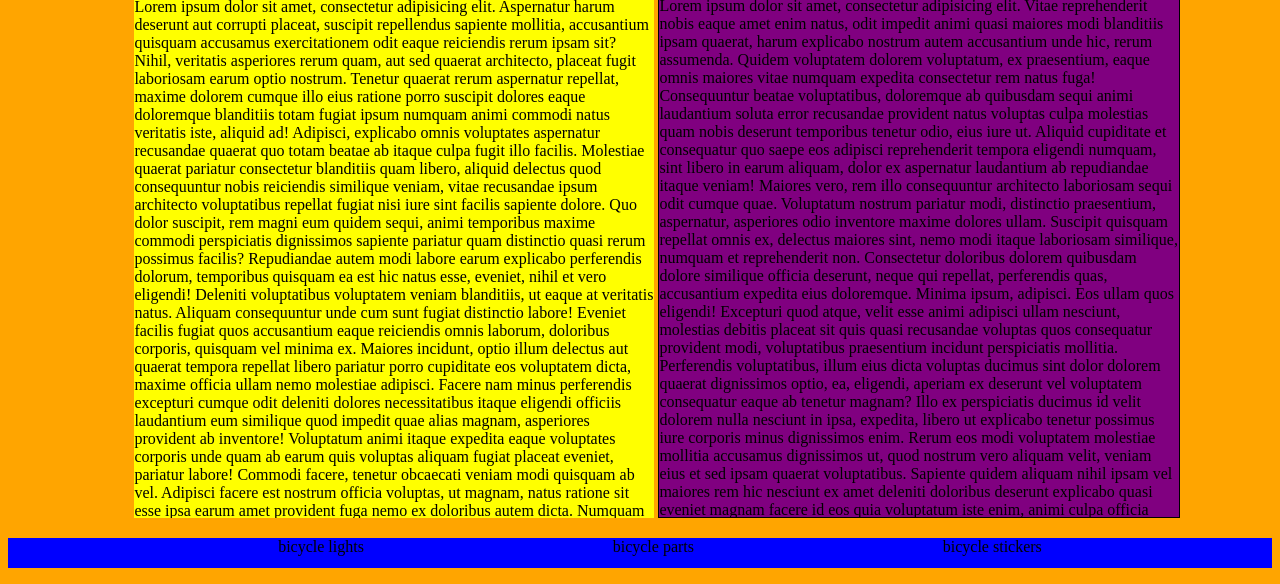
Repository: Danieldev28/Responsive-Web
Page: index.html
The author's editor kept a record of every edit. The page is drawn from the files as they stood at one moment, then again after the next edit.
The browser window is 1280 px wide. The pictures show the part of the page from y = 502 to 1086 px (the page is 1086 px tall).
A picture or video elsewhere on the page could not be fetched, so the positions and the page height are approximate. An inner scrolling area shows only its first screen.

Above is the page before.

### index.html
<!DOCTYPE html>
<html lang="en">
<head>
    <meta charset="UTF-8">
    <meta name="viewport" content="width=device-width, initial-scale=1.0">
    <meta http-equiv="X-UA-Compatible" content="ie=edge">
    <title>Document</title>
    <link rel="stylesheet"href="style.css"type="text/css">
</head>
<body>
    <nav>
   <ul>
       <li>Red bicycle</li>
       <li>Blue bicycle</li>
       <li>Green bicycle</li>
   </ul>
    </nav>
    <!--Introduction-->
    <header>
        <div class="content-wrap">
         <p>This is some text that will go inside. I hope that you have heard of
         <a href="https://www.blogto.com/sports_play/2015/04/the_top_25_bike_stores_in_toronto_by_neighbourhood/"target="_blank">List of bikes shops in Toronto</a></p>
         <img src="http://ridenicebike.com/site/wp-content/uploads/2017/09/DSC_1904-555x370.jpg" alt="This page is about bicycles" class="col-narrow">
             <div class="col-wide">
        <h1> This is the title of my page</h1>
        <h2> this is some more descripton</h2>
        <p>fasdfdsagfahfhgdshdfhfdhfdshafgagfasg paragraph.</p>
        </div>
    </div>
    </header>
    <!--main content-->
    <section class="category">
        <div class="content-wrap">
        <div id="borderbox1">Lorem ipsum dolor sit amet, consectetur adipisicing elit. Aspernatur harum deserunt aut corrupti placeat, suscipit repellendus sapiente mollitia, accusantium quisquam accusamus exercitationem odit eaque reiciendis rerum ipsam sit? Nihil, veritatis asperiores rerum quam, aut sed quaerat architecto, placeat fugit laboriosam earum optio nostrum. Tenetur quaerat rerum aspernatur repellat, maxime dolorem cumque illo eius ratione porro suscipit dolores eaque doloremque blanditiis totam fugiat ipsum numquam animi commodi natus veritatis iste, aliquid ad! Adipisci, explicabo omnis voluptates aspernatur recusandae quaerat quo totam beatae ab itaque culpa fugit illo facilis. Molestiae quaerat pariatur consectetur blanditiis quam libero, aliquid delectus quod consequuntur nobis reiciendis similique veniam, vitae recusandae ipsum architecto voluptatibus repellat fugiat nisi iure sint facilis sapiente dolore. Quo dolor suscipit, rem magni eum quidem sequi, animi temporibus maxime commodi perspiciatis dignissimos sapiente pariatur quam distinctio quasi rerum possimus facilis? Repudiandae autem modi labore earum explicabo perferendis dolorum, temporibus quisquam ea est hic natus esse, eveniet, nihil et vero eligendi! Deleniti voluptatibus voluptatem veniam blanditiis, ut eaque at veritatis natus. Aliquam consequuntur unde cum sunt fugiat distinctio labore! Eveniet facilis fugiat quos accusantium eaque reiciendis omnis laborum, doloribus corporis, quisquam vel minima ex. Maiores incidunt, optio illum delectus aut quaerat tempora repellat libero pariatur porro cupiditate eos voluptatem dicta, maxime officia ullam nemo molestiae adipisci. Facere nam minus perferendis excepturi cumque odit deleniti dolores necessitatibus itaque eligendi officiis laudantium eum similique quod impedit quae alias magnam, asperiores provident ab inventore! Voluptatum animi itaque expedita eaque voluptates corporis unde quam ab earum quis voluptas aliquam fugiat placeat eveniet, pariatur labore! Commodi facere, tenetur obcaecati veniam modi quisquam ab vel. Adipisci facere est nostrum officia voluptas, ut magnam, natus ratione sit esse ipsa earum amet provident fuga nemo ex doloribus autem dicta. Numquam eos quam, perferendis facilis voluptatem laboriosam veniam aut dicta sapiente, repellat id. Nulla, libero recusandae est exercitationem quasi nam qui, delectus hic ducimus eius perferendis earum aliquid distinctio beatae ipsa odio. Sint earum aspernatur, amet atque in assumenda! Dolorum iste, pariatur quo omnis. Quidem eveniet voluptatum enim dicta voluptatibus delectus numquam, fuga ipsa eos, dolorem mollitia quos iure nihil, maxime quas accusamus similique! Reprehenderit quod doloribus excepturi ex error tempora sed dolorem nulla vitae! Architecto quis, officiis debitis. Voluptatum fugiat fuga, temporibus repudiandae vero minus excepturi optio incidunt, culpa hic harum, ratione ipsam in rerum delectus quos soluta maxime commodi laborum non illum neque aliquid nihil deleniti. Ut ea, porro eum corporis odit maxime provident nulla asperiores deserunt autem sunt, sequi, praesentium neque architecto officia explicabo, sed? Sint tempore tempora quos rem saepe! Quo quod tenetur asperiores, et, cumque vel rem natus reiciendis, sunt voluptatem numquam error quos dolor reprehenderit nisi nesciunt iure, pariatur. Culpa id facere sit ab quibusdam repellat ducimus reiciendis, ad atque cum dolorem sed enim accusantium nobis qui ea, ut facilis quidem voluptatibus minima eos beatae nemo blanditiis aliquam! Doloribus quo accusantium omnis necessitatibus rerum sunt, rem id consequuntur quidem facere facilis quis dolores, asperiores ab modi, velit commodi eaque sint et? Amet possimus iste quam recusandae rem.</div>
        <div id="borderbox2">Lorem ipsum dolor sit amet, consectetur adipisicing elit. Vitae reprehenderit nobis eaque amet enim natus, odit impedit animi quasi maiores modi blanditiis ipsam quaerat, harum explicabo nostrum autem accusantium unde hic, rerum assumenda. Quidem voluptatem dolorem voluptatum, ex praesentium, eaque omnis maiores vitae numquam expedita consectetur rem natus fuga! Consequuntur beatae voluptatibus, doloremque ab quibusdam sequi animi laudantium soluta error recusandae provident natus voluptas culpa molestias quam nobis deserunt temporibus tenetur odio, eius iure ut. Aliquid cupiditate et consequatur quo saepe eos adipisci reprehenderit tempora eligendi numquam, sint libero in earum aliquam, dolor ex aspernatur laudantium ab repudiandae itaque veniam! Maiores vero, rem illo consequuntur architecto laboriosam sequi odit cumque quae. Voluptatum nostrum pariatur modi, distinctio praesentium, aspernatur, asperiores odio inventore maxime dolores ullam. Suscipit quisquam repellat omnis ex, delectus maiores sint, nemo modi itaque laboriosam similique, numquam et reprehenderit non. Consectetur doloribus dolorem quibusdam dolore similique officia deserunt, neque qui repellat, perferendis quas, accusantium expedita eius doloremque. Minima ipsum, adipisci. Eos ullam quos eligendi! Excepturi quod atque, velit esse animi adipisci ullam nesciunt, molestias debitis placeat sit quis quasi recusandae voluptas quos consequatur provident modi, voluptatibus praesentium incidunt perspiciatis mollitia. Perferendis voluptatibus, illum eius dicta voluptas ducimus sint dolor dolorem quaerat dignissimos optio, ea, eligendi, aperiam ex deserunt vel voluptatem consequatur eaque ab tenetur magnam? Illo ex perspiciatis ducimus id velit dolorem nulla nesciunt in ipsa, expedita, libero ut explicabo tenetur possimus iure corporis minus dignissimos enim. Rerum eos modi voluptatem molestiae mollitia accusamus dignissimos ut, quod nostrum vero aliquam velit, veniam eius et sed ipsam quaerat voluptatibus. Sapiente quidem aliquam nihil ipsam vel maiores rem hic nesciunt ex amet deleniti doloribus deserunt explicabo quasi eveniet magnam facere id eos quia voluptatum iste enim, animi culpa officia ipsa! Praesentium id fugit perspiciatis provident quam neque architecto officiis consequatur ipsum doloremque ipsa quibusdam aliquam adipisci, consequuntur excepturi quia sed nesciunt incidunt deserunt ipsam, vitae laboriosam non deleniti quis saepe! Eius libero expedita ea vel consectetur corrupti illo iure assumenda. Delectus architecto totam ipsa aliquid ex facere corrupti itaque perferendis aperiam obcaecati expedita repellat, adipisci amet temporibus odio quo alias. Vitae aperiam neque, ad animi at amet repellendus nam pariatur minus placeat sapiente modi id quidem quam voluptatum sed tempora ea omnis quis reiciendis perspiciatis! Voluptatum in, exercitationem qui eligendi ullam mollitia omnis magni perspiciatis praesentium voluptates hic voluptate cupiditate possimus incidunt aliquid unde recusandae, ut, sunt a facilis. Eligendi earum doloremque autem aperiam dolorem quo, similique quis quia, quos tempora officia. Dolorum iste cumque asperiores, repellat fugit ad ducimus, corporis quod, eos dicta laborum aperiam. Repudiandae eaque, voluptatem consectetur dolorem voluptas magni animi nihil asperiores, totam quam! Veniam eligendi reiciendis, repellat blanditiis rem error natus similique illum. Voluptate architecto doloremque delectus dignissimos iste reiciendis aut vel perferendis est. Voluptatum nemo, aliquid quidem commodi libero corporis distinctio sunt, officia, similique natus rem error est itaque nam fugit placeat voluptas laborum. Modi quidem dolor laborum voluptatem cum? Odit a sint dolores dolor, quaerat animi consequatur mollitia, impedit, expedita nisi, eveniet cumque nihil.</div>
    </section>

    <!--end of my page-->
    <footer>
     <div class="footer">
     <nav>
   <ul>
       <li>bicycle lights</li>
       <li>bicycle parts</li>
       <li>bicycle stickers</li>
   </ul>
    </nav>
    </div>
    </footer>
       <!--
    <p>This is some text that will go inside. I hope that you have heard of
       <a href="https://www.blogto.com/sports_play/2015/04/the_top_25_bike_stores_in_toronto_by_neighbourhood/"target="_blank">List of bikes shops in Toronto</a></p>

            <h2>bicycle one</h2>
            <aricle>
                <p>dsflds;hafldsklfdhfds</p>
            <div class="card">
            <a href="http://ridenicebike.com/site/">
            <img src="http://ridenicebike.com/site/wp-content/uploads/2017/09/DSC_1904-555x370.jpg"></a>
            <h2>My 1st Nice Bike</h2>
            </div>
            </article>
           <h2>bicycle two</h2>
            <div class="card">
            <a href="http://ridenicebike.com/site/">
            <img src="http://blog.fairwheelbikes.com/wp-content/uploads/2017/10/Parlee_Altum_1_SM.jpg"></a>
            <h2>My second Bicycle/h2>
-->
    </body>
</html>

### style.css
nav ul {
 list-style:none;
 background-color:red;
 text-align:center;
 width 30px;
 height:30px;
}
nav li {
 display:inline-block;
 margin-left: 10%;
 margin-right:10%;


}

.col-narrow {
 width:25%;
 height:25%;

}
h1 {
 text-align: center;
 text-decoration:underline;
 letter-spacing:5px;
 text-transform: Capitalize;
 font-style:italic;
 text-shadow: 5px 10px 0px #777;
}
footer nav ul{
 background-color:blue;
 margin:none;


}
body {
 background-color: orange;

}
#borderbox1 {
 width: 520px;
 height: 520px;
 display:inline-block;
 margin-left:10%;
 background-color:maroon;
 overflow:scroll;

}

#borderbox2 {
 width: 520px;
 height: 520px;
 border:1px solid black;
 display:inline-block;
 margin-right:2.5%;
 background-color: green;
 overflow:scroll;

}
@media(min-width:700px){
 #borderbox1 {
  background-color:yellow;

}
#borderbox2{
 background-color: purple;
}
}

After the next edit:
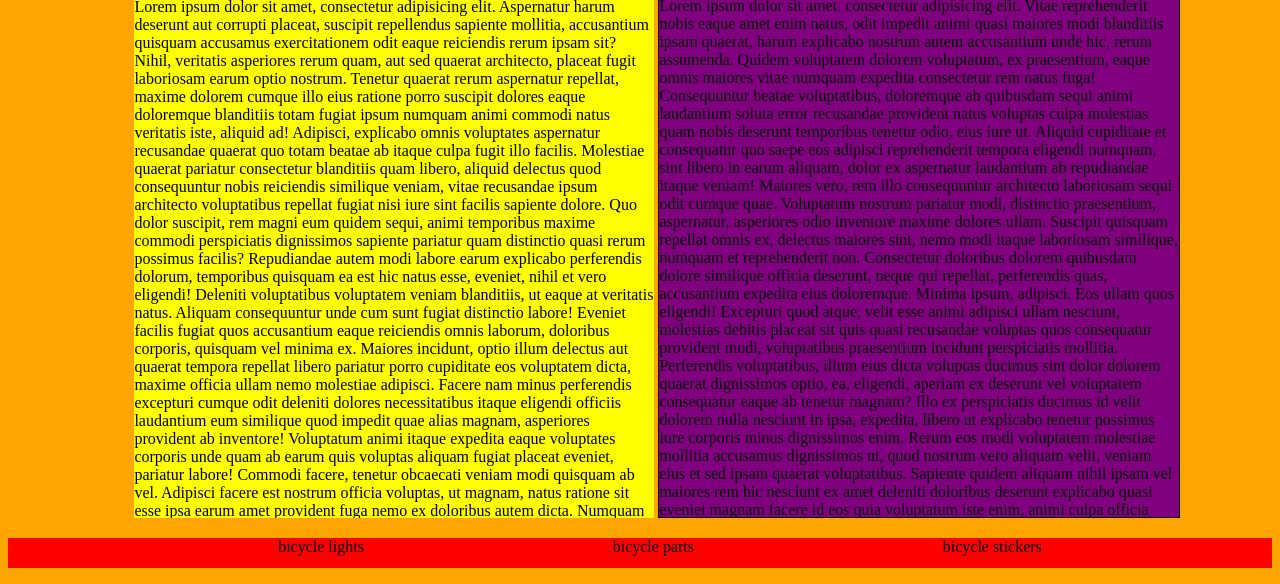
The edit:
--- a/style.css
+++ b/style.css
@@ -26,7 +26,7 @@
  font-style:italic;
  text-shadow: 5px 10px 0px #777;
 }
-footer nav ul{
+footer{
  background-color:blue;
  margin:none;
 
